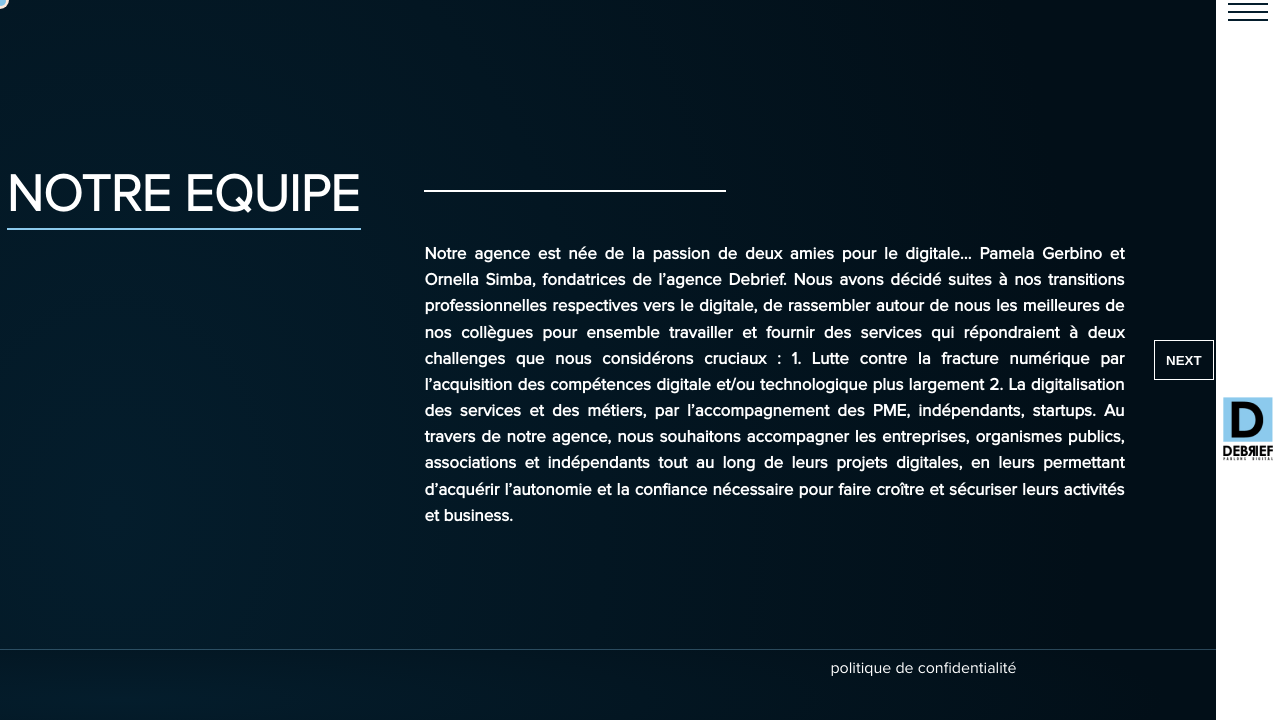
Repository: keloriane/debriefs
Page: /debriefs/a-propos
An editor plug-in stored every save of this project. The page is shown before and after the next save, followed by the edit.
The browser window is 1280 px wide. The pictures show the whole page.
The project was rebuilt for these pictures with package versions that can differ from the ones it lists, and the page was loaded fresh each time. Also part of the build but not shown: src/components/Title/Title.jsx, src/components/page/Contact/Contact.jsx, src/components/Nav/Nav.jsx, src/components/page/Home/Home.jsx, src/components/page/Service/Services.jsx, src/components/page/Service/ServiceDetails.jsx, src/components/page/Webinaire/Webinaires.jsx, src/components/page/Techspace/Techspace.jsx and 7 more. Imported but missing from the stored project, and not drawn on this page: src/assets/video/video.mp4.

Above is the page before, as saved 2020-07-28 13:06:36.

### public/index.html
<!DOCTYPE html>
<html lang="en">
  <head>
    <meta charset="utf-8" />
    <link rel="icon" href="%PUBLIC_URL%/favicon.ico" />
    <meta name="viewport" content="width=device-width, initial-scale=1" />
    <meta name="theme-color" content="#000000" />
    <meta
      name="description"
      content="Web site created using create-react-app"
    />
    <link rel="apple-touch-icon" href="%PUBLIC_URL%/logo192.png" />
    <link href="https://fonts.googleapis.com/css2?family=Inter:wght@300;400;600;700&display=swap" rel="stylesheet">
    <link rel="manifest" href="%PUBLIC_URL%/manifest.json" />
    <title>React App</title>
  </head>
  <body>
    <noscript>You need to enable JavaScript to run this app.</noscript>
    <div id="root"></div>
  </body>
</html>

### src/App.scss

@import "./assets/style/module/variables.scss";
@import "./assets/style/module/breakpoints.scss";



h2, h3{
  font-family:$proxyL;
}
button{
  color: $white;
}
body,
html {
  user-select: none;
  background: $white;
  overscroll-behavior: none;
  margin: 0;
  font-family: "Proxima";
  -webkit-font-smoothing: antialiased;
  -moz-osx-font-smoothing: grayscale;
}

.container {
  width: 1560px;
  min-width: 1560px;
  margin: 0 auto;
  height: 100%;
  @include media("<=1560px") {
    width: 1280px;
    min-width: 1280px;
  }
  @include media("<=desktop") {
    width: 1080px;
    min-width: 1080px;
  }
  @include media("<=1080px") {
    width: 100%;
    min-width: 100%;
  }
  .row {
    display: flex;
    height: 95%;
    padding: 0 32px;
    @include media("<=phone") {
      padding: 0 16px;
    }
  }
  .v-center {
    align-items: center;
  }
  .space-between {
    justify-content: space-between;
  }
}
.intro-container{
  width: 100vw;
  height: 100vh;
  overflow: hidden;
  display: flex;
  align-items: center;
  justify-content: center;
  background: radial-gradient(80.27% 180.6% at 9.33% 71.2%, #0D0D0D 0%, #041D2C 100%);

}

#loader{
  width: 30vw;
}

path{
  overflow: hidden;
}

a{
  text-decoration: none;
}

.container-fluid {
  width: 95%;
  height: 100%;
  .row {
    display: flex;
    height: 95%;
  }

}
#page{
  background: radial-gradient(80.27% 180.6% at 9.33% 71.2%, #0D0D0D 0%, #020f18 100%);
  width: 100vw;
  height: 100vh;
  background-color: #fff;
  overflow: inherit;
  @include media('<=tablet'){
    height: 100%;
    width: 100%;
  }
}

*{
  padding: 0;
  margin: 0;

}

### src/components/page/Main/Main.jsx
import React,{useState} from "react";
import "./main.scss";

import "./main.scss";
import {teams} from "./team";
import { HomeB } from "../../BreadCrumbs/HomeB";

const Main = () => {

    const [slide , setSlide] = useState({
        teams: teams,
        team : teams[0]
    })




    return (
        <>
        <div id="main-about-page">
            <div className="logo-content-about">
                <HomeB />
            </div>
            <div className="about-media-content">

                    <div className="team-content">
                <div className="title-content">
                    <h2>NOTRE EQUIPE</h2>
                    <div className="underline"></div>
                </div>
                <div className="image-container">
                    <img src={slide.image} alt="" />
                </div>

            <div className="about-text-content">
                <h3 className="about-title">{slide.title}</h3>
                <div className="underline-about"></div>
                <p className="about-text">
                   {slide.team.about}
                </p>
            </div>
            </div>

                </div>
        <button>
            next
        </button>
        </div>
        </>
    )
}
export default Main;

### src/components/page/Footer/Footer.jsx
import React from "react";
import "./footer.scss"

const Footer = () => {
    return (
        <div id="footer">
            <div className="logo-footer">


            </div>
            <div className="links">
            <a href="politique de fonidentialité pdf">politique de confidentialité</a>

            </div>
        </div>
    )
}
export default Footer;

### src/assets/style/module/variables.scss
$white:#ffffff;
$lBlue:#8CCAED;
$dBlue:#041D2C;
$gradient: radial-gradient(80.27% 180.6% at 9.33% 71.2%, #041d2c 0%, #020f18 100%);
$gradientInner: radial-gradient(80.27% 180.6% at 9.33% 71.2%, #041B28 0%, #03141F 100%);
$proxy: "Proxima";
$proxyB: "Proxima-bold";
$proxyL: "Proxima-light";


@font-face {
    font-family: "Proxima";
    src: url("./../../fonts/ProximaNova-Regular.otf") format("opentype"),


}

@font-face {
    font-family: "Proxima-bold";
    src: url("./../../fonts/ProximaNova-Bold.otf") format("opentype"),
}
@font-face {
    font-family: "Proxima-light";
    src: url("./../../fonts/ProximaNova-Light.otf") format("opentype"),
}

### src/components/page/Main/main.scss
//head
@import "./../../../assets/style/module/variables.scss";
@import "./../../../assets/style/module/breakpoints.scss";

.logo-content-about{
  svg{

    @include media("<=1365px"){
      display: none;
    }
  }
}


#main-about-page {
  display: flex;
  color: $white;
  justify-content: space-around;
  width: 95vw;
  height: 100vh;
  align-items: center;
  background: $gradient;
  flex-wrap: wrap;
  @include media("<=tablet"){
    height: 100%;
  }
  .about-media-content{
    display: flex;
    flex-flow: column;
    height: 490px;
    justify-content: space-around;
    .team-content{
      display: flex;
    }
    .image-container{
      margin-left: 40px;
      @include media("<=tablet"){
        margin-left: 0;
      }
      img{
        width: 100%;
        max-width: 450px;
      }
    }

    h2 {
      font-size: 52px;
      line-height: 63px;
      color: #FFFFFF;
      @include media("<=tablet"){
        font-size: 4vw;
      }
    }

  }



  .about-text-content {
    max-width: 700px;
    width: 100%;
    padding:25px;
    p{
      text-align: justify;
    }

    .underline-about {
      width: 100%;
      max-width: 300px;
      border: .5px solid #FFFFFF;
    }

    .about-title {
      font-weight: 600;
      font-size: 36px;
      line-height: 45px;

      color: $lBlue;
    }

    .about-text {
      margin-top: 50px;
      font-weight: 600;
      font-size: 17px;
      line-height: 154.3%;
      /* or 25px */


      color: #FFFFFF;

    }
  }

}

### src/components/Cursor/cursor.scss
@import "./../../assets//style/module/easing.scss";
@function rem($pixel) {
    @return $pixel/16+rem;
}
$desktop: 1920px;
.c-cursor {
    height: rem(18);
    position: fixed;
    left: rem(-9);
    top: rem(-9);
    z-index: 9;
    width: rem(18);
    display: flex;
    justify-content: center;
    align-items: center;
    transition: 1s cubic-bezier(0.19, 1, 0.22, 1);
    pointer-events: none;
    backface-visibility: hidden;
    mix-blend-mode: difference;
    &:before {
        // border: 1px solid hsla(0, 0%, 83%, 1);
        background-color: #ffffff;
        border-radius: 50%;
        height: 100%;
        content: "";
        width: 100%;
        position: absolute;
        left: 0;
        top: 0;
        mix-blend-mode: difference;
        .is-hover & {
            mix-blend-mode: difference;
            transform: scale(2.5);
            transition: all 0.3s $easeOutQuad;
        }
    }
}

button {
    height: 40px;
    width: 60px;
}

#box-css {
    animation: slidein 20s infinite;
}

@keyframes slidein {
    from {
        transform: translateX(-500px);
    }
    to {
        transform: translateX(1000px);
    }
}

#inner-cursor {
    height: 10px;
    position: fixed;
    z-index: 10;
    width: 10px;
    display: flex;
    left: -0.25rem;
    top: -0.25rem;
    justify-content: center;
    align-items: center;
    background-color: #85C3E6;
    border-radius: 100%;
    pointer-events: none;
    &:before {
        background-color: #85C3E6;
        border-radius: 50%;
        height: 100%;
        width: 100%;
        position: absolute;
        left: 10;
        top: 10;
        .is-hover & {
            border: 1px solid hsla(274, 100%, 50%, 1);
            transform: scale(2.5);
        }
    }
}

### src/components/page/Service/services.scss
@import "./../../../assets//style//module/variables.scss";
@import "./../../../assets//style//module/breakpoints.scss";
#services {
  background: $gradient;
  width: 95vw;
  height: 100vh;
  display: flex;
  align-items: center;
  .logo-bread{
    margin-left: 40px;
  }
  .logo-layer{
    margin-left: 50px;
  }
  @include media('<=652px'){
    height: 100%;
  }
  @include media('<=phone'){
    height: 100%;
    width: 320px;
    margin: 0 auto;
    background:none;
  }

  .service-container {
    margin: 0 auto;
  }
  .title-service {
    max-width: 409px;
    height: 88px;
    h2 {
      font-family: "Proxima";
      font-style: normal;
      font-weight: 600;
      font-size: 52px;
      line-height: 63px;
      color: #ffffff;
      text-transform: uppercase;
    }
  }
  .services-grid {
    width: 100%;
    max-width: 800px;
    margin: 0 auto;
    display: flex;

    flex-wrap: wrap;
    justify-content: space-around;
    align-items: center;
    @include media('<=phone'){
      height: 100%;
      width: 320px;
      margin: 0 auto;
    }

    .service-item {
      width: 310px;
      height: 165px;
      display: flex;
      flex-flow: column;
      justify-content: space-around;
      margin-top: 45px;
      .number {
        align-self: flex-end;
      }
      .headline-service {
        display: flex;
        justify-content: space-between;
        h3 {
          font-style: normal;
          font-weight: bold;
          font-size: 21px;
          line-height: 26px;
          color: #ffffff;
        }
      }
      p {
        font-family: "Proxima";
        font-style: normal;
        font-weight: 500;
        font-size: 18px;
        line-height: 22px;

        color: #fcfcfc;
      }
      .underline-service {
        width: 269px;
        border: 0.5px solid white;
      }
    }
  }
}

### src/components/page/Webinaire/webinaires.scss
@import "./../../../assets/style/module/variables.scss";
@import "./../../../assets/style/module/breakpoints.scss";


#webinaire {
    width: 100vw;
    background: $gradient;

    position: relative;

    .timeline {
        height: 100%;
        width: 1px;
        margin: auto;
        top: 0;
        position: absolute;
        left: 50%;
        transform: translate( -50%);
        background-color: white;
    }

    #webinaire-page {
        width: 891px;
        margin: 0 auto;
        display: flex;
        flex-flow: column;
        position: relative;

        .webinaire-item {
            display: flex;
            position: relative;
            align-items: center;
            justify-content: space-between;
            width: 470px;
            height: 320px;


            &.reverse {
                align-self: flex-end;
                flex-flow: row-reverse;

                .timeline-dot {
                    justify-self: flex-start;

                    .webinaire-image {
                        img {
                            right: -14px;
                        }

                    }
                }
            }

            .webinaire-image {
                img {
                    max-width: 250px;
                    width: 100%;
                    position: absolute;
                    right: 100px;
                    top: 77px;


                }
            }

            .webinaire-content {
                position: relative;
                z-index: 1;

                h3 {
                    font-family: "Proxima";
                    font-style: normal;
                    font-weight: 600;
                    font-size: 29px;
                    line-height: 35px;
                    color: #FFFFFF;
                }

                .webinaire-credits {
                    font-family: "Proxima";
                    font-style: normal;
                    font-weight: 600;
                    font-size: 17px;
                    line-height: 21px;
                    color: $lBlue;
                }

                .webinaire-date {
                    font-size: 15px;
                    line-height: 16px;
                    color: #BFBFBF;
                }
            }

            .timeline-dot {
                width: 50px;
                height: 50px;
                background-color: #fff;
                border-radius: 100%;
            }
        }
    }
}

### src/components/MenuBox/menu.scss
@import "./../../assets/style/module/variables.scss";

  .menu-box {
    width: 100%;
    height: 100vh;
    overflow: hidden;
    position: fixed;
    display: grid;
    top: 0;
    left: 0;
    grid-template-columns: 20% 30% 50%;
    grid-template-rows: 60% 40%;
    grid-template-areas:
      "item3 item2 item1"
      "item4 item4 item1";
    z-index: 0;
    display:grid;
      .menu__item {
          overflow: hidden;

          &.menu__item1 {

              background: $dBlue;
              grid-area: item1;
              transform: translateY(-100%);
            }
            &.menu__item2 {
                background: $dBlue;

                transform: translateX(-170%);
                grid-area: item2;
            }
            &.menu__item3 {
                background: $white;

                transform: translateX(-100%);
                grid-area: item3;
            }
            &.menu__item4 {
                background: $lBlue;
                grid-area: item4;
                transform: translateX(-100%);

            }
            &.menu__item5 {
                background: $white;
                grid-area: item5;



            }
        }

      .menu__item-inner {
        display: flex;
        flex-direction: column;

        align-items: center;
        height: 100%;
        a {
          font-size: 2vw;
          overflow: visible;
          margin: 0.5rem 0;
          padding: 0 0.5rem;
          position: relative;
          transition: color 0.3s;
          color: $white;
          &:hover{
              color: $lBlue;
          }

        }
      }
    }




// .menu-box {
//     text-align: center;
//     width: 100%;
//     height: 100vh;
//     overflow: hidden;
//     position: fixed;
//     top: 0;
//     left: 0;
//     z-index: 200;
//     display: grid;
//     grid-template-columns: 100%;
//     grid-template-rows: repeat(3,33.33%);
//     pointer-events: none;
// }

### src/components/page/Footer/footer.scss
@import "./../../../assets/style/module/variables.scss";

#footer{
    height: 50px;
    border-top: 1px solid rgba(133, 195, 230, 0.31);
    position: fixed;
    bottom: 0;
    width: 100%;
    background: $gradient;
    padding: 10px;
    display: flex;
    justify-content: space-around;
    a{
        color: white;
    }
    img{
        width: 60px;
    }
}

### src/components/page/Blog/Blog.scss
@import "./../../../assets/style/module/variables.scss";
@import "./../../../assets/style/module/breakpoints.scss";

#blog {
  width: 100vw;
  height: 100%;
  background: $gradient;
  color: $white;
  display: flex;
  align-items: center;
  .underline{
      margin-top: 5px;
      width: 180px;
  }
  .inner-blog{
      width: 1240px;
      height: 700px;

      margin: 0 auto;
      .blog-wrapper {
        margin-top: 50px;
        width: 100%;
        height: 100%;
        display: flex;
        flex-wrap: wrap;
        justify-content: space-around;
        overflow-y: scroll;

        .blog-article {
          background: radial-gradient(
            80.27% 180.6% at 9.33% 71.2%,
            #0d0d0d 0%,
            #041d2c 100%
            );
            overflow: hidden;
          border: 0.5px solid #d7d7d7;
          box-sizing: border-box;
          border-radius: 40px 0px;
          max-width: 450px;
          width: 100%;
          height: 620px;
          margin-bottom: 40px;
          .image-article-container{
              max-height: 255px;
              overflow: hidden;
          }
          .article-headline {
            display: flex;
            height: 20px;
            align-items: center;
            justify-content: space-between;
            padding: 10px;
            .article-title {
              font-family: $proxyL;
              font-size: 24px;
              line-height: 154.3%;
              font-weight: 200;
              /* or 37px */

              color: #ffffff;

            }
            .article-time{
                font-size: 10px;
            }
        }
                .article-content {
                    padding: 24px;
                    p{
                        text-align: justify;
                        font-size: 16px;
                        line-height: 154.3%;
    /* or 25px */
                    }
                }
          img {
            width: 100%;
            filter: saturate(0%);
          }
        }
      }
  }
}

### src/components/page/Dcg/dcg.scss
@import "./../../../assets/style/module/variables.scss";
@import "./../../../assets/style/module/breakpoints.scss";

#digital-career-center {
  width: 95vw;
  height: 100vh;
  background-color: $white;
  .inner-container {
    display: flex;
    max-width: 1280px;
    width: 100%;
    height: 100%;
    justify-content: space-around;
    align-items: center;
    flex-flow: wrap;
    margin: 0 auto;
    .dcg-image-container {
      .inner-image {
        max-width: 589px;
        width: 100%;
        height: 366px;
        position: relative;
      }
      .inner-image {
          .bus{
            position: absolute;
            bottom: -61px;
            right: -20px;
          }
      }
    }
    .inner-text-content {
      .title-back-layer {
        position: absolute;
        left: 29%;
        background-color: $dBlue;
        height: 50px;
        display: flex;
        align-items: center;
        margin-bottom: 20px;
        top: 31%;
        // width: 272px;
        padding: 10px;
        overflow: hidden;
        h2 {
          text-transform: uppercase;
          color: $white;
          font-size: 45px;
        }
        @include media("<=tablet") {
          position: relative;
          display: block;
          left: 0;
          top: 0;
        }
      }
      .text-inner-content {
        width: 100%;
        max-width: 616px;
        margin-top: 50px;
        p {
          font-weight: 300;
          font-size: 16px;
          line-height: 175.9%;
          /* or 28px */

          text-align: justify;
          letter-spacing: 0.05em;
        }
      }
    }
  }
}

### src/components/Title/title.scss
@import "./../../assets/style/module/variables.scss";
@import "./../../assets/style/module/breakpoints.scss";
.title-container{
    display: flex;
    flex-flow: column;
    justify-content: space-around;

    h2{
        font-size: 52px;
        color: white;
        @include media('<=phone'){

            margin: 0 auto;
            font-size: 20px;

          }
    }
    .underline{

        width: 100%;
        max-width: 340px;
    }


}

### src/components/Nav/nav.scss
@import "./../../assets/style/module/variables.scss";
.home-nav {
    ul {
        display: flex;
        justify-content: space-around;
        align-items: center;

        li {
            list-style: none;

            a {
                font-family: "Proxima";
                font-style: normal;
                font-weight: bold;
                font-size: 18px;
                line-height: 175.9%;
                /* or 32px */
                text-align: center;
                letter-spacing: 0.05em;
                color: $white;
                text-transform: uppercase;
                text-decoration: none;
            }

            button {
                position: relative;
                width: 169px;
                height: 49px;
                border: 1px solid $white;
                box-sizing: border-box;
                background: none;
                text-transform: uppercase;
                font-weight: bold;
                    color: $white;

            }
        }
    }
}

### src/assets/style/module/easing.scss
$linear: cubic-bezier(0.250, 0.250, 0.750, 0.750);
$ease: cubic-bezier(0.250, 0.100, 0.250, 1.000);
$ease-in: cubic-bezier(0.420, 0.000, 1.000, 1.000);
$ease-out: cubic-bezier(0.000, 0.000, 0.580, 1.000);
$ease-in-out: cubic-bezier(0.420, 0.000, 0.580, 1.000);
$easeInQuad: cubic-bezier(0.550, 0.085, 0.680, 0.530);
$easeInCubic: cubic-bezier(0.550, 0.055, 0.675, 0.190);
$easeInQuart: cubic-bezier(0.895, 0.030, 0.685, 0.220);
$easeInQuint: cubic-bezier(0.755, 0.050, 0.855, 0.060);
$easeInSine: cubic-bezier(0.470, 0.000, 0.745, 0.715);
$easeInExpo: cubic-bezier(0.950, 0.050, 0.795, 0.035);
$easeInCirc: cubic-bezier(0.600, 0.040, 0.980, 0.335);
$easeInBack: cubic-bezier(0.600, -0.280, 0.735, 0.045);
$easeOutQuad: cubic-bezier(0.250, 0.460, 0.450, 0.940);
$easeOutCubic: cubic-bezier(0.215, 0.610, 0.355, 1.000);
$easeOutQuart: cubic-bezier(0.165, 0.840, 0.440, 1.000);
$easeOutQuint: cubic-bezier(0.230, 1.000, 0.320, 1.000);
$easeOutSine: cubic-bezier(0.390, 0.575, 0.565, 1.000);
$easeOutExpo: cubic-bezier(0.190, 1.000, 0.220, 1.000);
$easeOutCirc: cubic-bezier(0.075, 0.820, 0.165, 1.000);
$easeOutBack: cubic-bezier(0.175, 0.885, 0.320, 1.275);
$easeInOutQuad: cubic-bezier(0.455, 0.030, 0.515, 0.955);
$easeInOutCubic: cubic-bezier(0.645, 0.045, 0.355, 1.000);
$easeInOutQuart: cubic-bezier(0.770, 0.000, 0.175, 1.000);
$easeInOutQuint: cubic-bezier(0.860, 0.000, 0.070, 1.000);
$easeInOutSine: cubic-bezier(0.445, 0.050, 0.550, 0.950);
$easeInOutExpo: cubic-bezier(1.000, 0.000, 0.000, 1.000);
$easeInOutCirc: cubic-bezier(0.785, 0.135, 0.150, 0.860);
$easeInOutBack: cubic-bezier(0.680, -0.550, 0.265, 1.550);

Loaded but not shown: src/index.js (common file); src/index.css (common file); src/serviceWorker.js (common file); src/App.js (104 lines, source omitted); src/components/page/Main/team.js (20 lines, source omitted); src/functions/Animation.js (104 lines, source omitted); src/components/Cursor/Cursor.js (55 lines, source omitted); src/components/Loader/Loader.jsx (42 lines, source omitted); src/components/page/Home/home.scss (379 lines, source omitted); src/assets/style/module/breakpoints.scss (329 lines, source omitted); src/view/Menu/Menu.jsx (127 lines, source omitted); src/components/page/Service/ServiceDetails.scss (230 lines, source omitted); src/components/Header/Header.jsx (138 lines, source omitted); src/components/page/Contact/contact.scss (182 lines, source omitted); src/view/Menu/menu.scss (184 lines, source omitted); src/components/BreadCrumbs/HomeB.jsx (51 lines, source omitted); src/components/Header/header.scss (103 lines, source omitted); src/components/page/Techspace/techspace.scss (155 lines, source omitted)

After the next save:
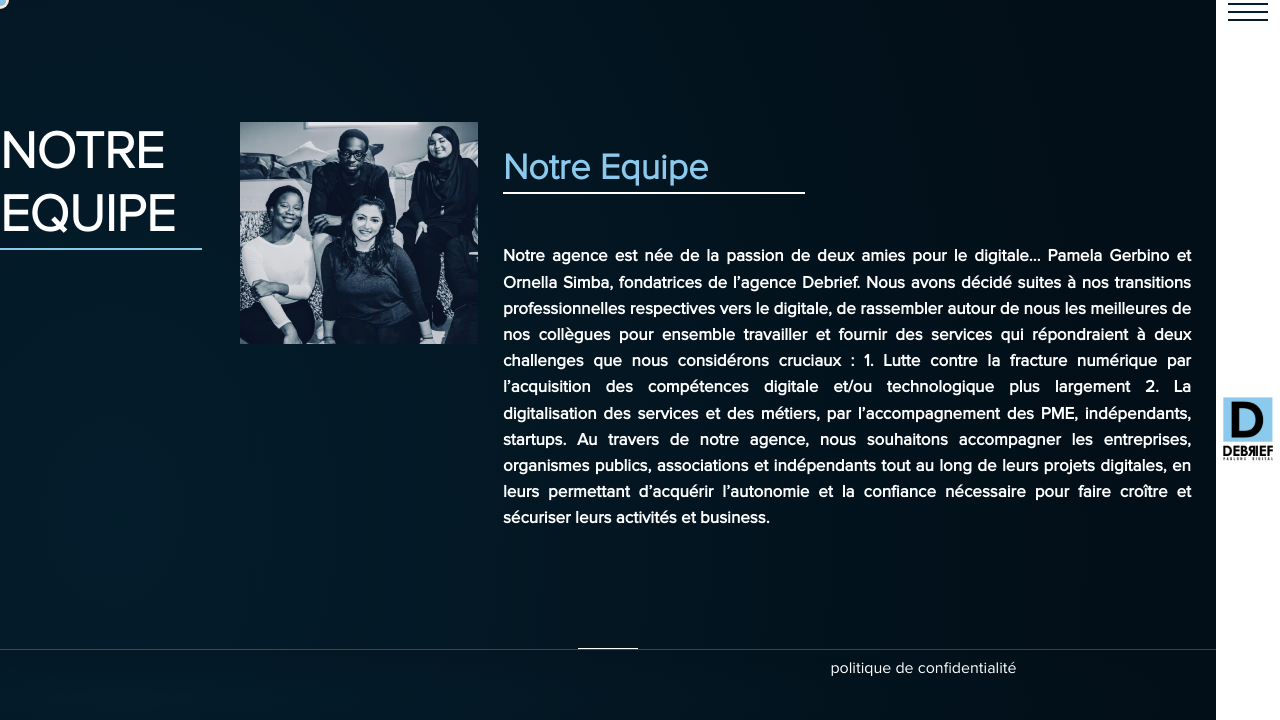
Saved 61 s later.
--- a/src/components/page/Main/Main.jsx
+++ b/src/components/page/Main/Main.jsx
@@ -29,11 +29,11 @@
                     <div className="underline"></div>
                 </div>
                 <div className="image-container">
-                    <img src={slide.image} alt="" />
+                    <img src={slide.team.image} alt="" />
                 </div>
 
             <div className="about-text-content">
-                <h3 className="about-title">{slide.title}</h3>
+                <h3 className="about-title">{slide.team.title}</h3>
                 <div className="underline-about"></div>
                 <p className="about-text">
                    {slide.team.about}
